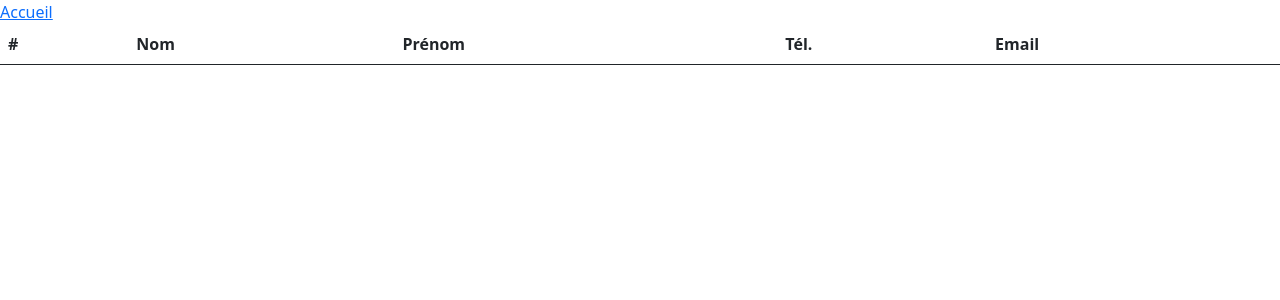
Repository: arione15/Ud-Mast_PHP_POO_espace_membre
Page: http://localhost/administration.php
The author's editor kept a copy of each file at every save. The page is drawn from the files as they stood at one save, then again after the next save.
The browser window is 1280 px wide. The pictures show the whole page.
The page is run by PHP 8.4 with error messages shown; the project is at /var/www/html/. Queries for data that is not in the repository find no rows.

Above is the page before, as saved 2021-07-31 11:51:26.

### administration.php
<?php
require_once 'inclureClasses.php';

$pdo = new PDO('mysql: host=localhost; dbname=espace_membres', 'root', '');
$pdo->setAttribute(PDO::ATTR_ERRMODE, PDO::ERRMODE_EXCEPTION); // ou après 'root', '', [PDO::ATTR_ERRMODE => PDO::ERRMODE_EXCEPTION, PDO::ATTR_DEFAULT_FETCH_MODE => PDO::FETCH_ASSOC])

$manager = new UtilisateursManager($pdo);
?>


<!DOCTYPE html>
<html lang="en">

<head>
    <meta charset="UTF-8">
    <meta http-equiv="X-UA-Compatible" content="IE=edge">
    <meta name="viewport" content="width=device-width, initial-scale=1.0">
    <link href="https://cdn.jsdelivr.net/npm/bootstrap@5.0.2/dist/css/bootstrap.min.css" rel="stylesheet" integrity="sha384-EVSTQN3/azprG1Anm3QDgpJLIm9Nao0Yz1ztcQTwFspd3yD65VohhpuuCOmLASjC" crossorigin="anonymous">

    <title>Inscription</title>
</head>

<body>
    <a href="index.php">Accueil</a>


    <table class="table table-hover">
        <thead>
            <tr>
                <th scope="col">#</th>
                <th scope="col">Nom</th>
                <th scope="col">Prénom</th>
                <th scope="col">Tél.</th>
                <th scope="col">Email</th>
            </tr>
        </thead>
        <tbody>
            <?php foreach ($manager->getListeUtilisateurs() as $key) : ?>
                <tr>
                    <th scope="row"><?= $key->getId() ?></th>
                    <td><?= $key->getNom() ?></td>
                    <td><?= $key->getPrenom() ?></td>
                    <td><?= $key->getTel() ?></td>
                    <td><?= $key->getEmail() ?></td>
                </tr>
            <?php endforeach; ?>
        </tbody>
    </table>


    <script src="https://cdn.jsdelivr.net/npm/@popperjs/core@2.9.2/dist/umd/popper.min.js" integrity="sha384-IQsoLXl5PILFhosVNubq5LC7Qb9DXgDA9i+tQ8Zj3iwWAwPtgFTxbJ8NT4GN1R8p" crossorigin="anonymous"></script>
    <script src="https://cdn.jsdelivr.net/npm/bootstrap@5.0.2/dist/js/bootstrap.min.js" integrity="sha384-cVKIPhGWiC2Al4u+LWgxfKTRIcfu0JTxR+EQDz/bgldoEyl4H0zUF0QKbrJ0EcQF" crossorigin="anonymous"></script>

</body>

</html>

### inclureClasses.php
<?php

function inclureClasses($ClassName){
    if(file_exists($fichier = __DIR__ . '/' . $ClassName . '.php')){
        require $fichier;
    }
}
spl_autoload_register('inclureClasses');

### UtilisateursManager.php
<?php
require_once 'inclureClasses.php';

class UtilisateursManager{
private $pdo;

public function __construct(PDO $pdo){
    $this -> pdo = $pdo;
}

public function inserer(Utilisateurs $utilisateur){
    $req = $this -> pdo -> prepare('INSERT INTO utilisateurs(nom, prenom, tel, email) VALUES(:nom, :prenom, :tel, :email)');
    $req -> bindValue(':nom', $utilisateur->getNom(), PDO::PARAM_STR); //$_POST['nom'] ??
    $req -> bindValue(':prenom', $utilisateur->getPrenom(), PDO::PARAM_STR);
    $req -> bindValue(':tel', $utilisateur->getTel(), PDO::PARAM_STR);
    $req -> bindValue(':email', $utilisateur->getEmail(), PDO::PARAM_STR);
    $req -> execute();
}

public function getListeUtilisateurs(){
    $req = $this -> pdo -> query('SELECT * FROM utilisateurs ORDER BY nom ASC');
    $req -> setFetchMode(PDO::FETCH_CLASS | PDO::FETCH_PROPS_LATE, 'Utilisateurs');
    $listeUtilisateurs = $req -> fetchAll();
    $req -> closeCursor();
    return $listeUtilisateurs;
}

public function getUtilisateur($id){
    $req = $this -> pdo -> prepare('SELECT * FROM utilisateurs WHERE id=:id');
    $req -> bindValue(':id', $id, PDO::PARAM_INT);
    $req -> execute();
    $req -> setFetchMode(PDO::FETCH_CLASS | PDO::FETCH_PROPS_LATE, 'Utilisateurs');
    $utilisateur = $req -> fetch();
    $req -> closeCursor();
    return $utilisateur;
}

}

### Utilisateurs.php
<?php

class Utilisateurs
{
    private $id;
    private $nom;
    private $prenom;
    private $tel;
    private $email;

    private $erreurs = [];

    const NOM_INVALIDE = 1;
    const PRENOM_INVALIDE = 2;
    const EMAIL_INVALIDE = 3;


    public function __construct($donnees = [])
    {
        $this->hydrater($donnees);
    }

    public function getId()
    {
        return $this->id;
    }

    public function setId($id)
    {
        if (!empty($id)) {
            $this->id = $id;
        }
    }

    public function getNom()
    {
        return $this->nom;
    }

    public function setNom($nom)
    {
        if (!is_string($nom) || empty($nom)) {
            $this->erreurs[] = self::NOM_INVALIDE;
        }
        $this->nom = $nom;
    }

    public function getPrenom()
    {
        return $this->prenom;
    }

    public function setPrenom($prenom)
    {
        if (!is_string($prenom) || empty($prenom)) {
            $this->erreurs[] = self::PRENOM_INVALIDE;
        }
        $this->prenom = $prenom;
    }

    public function getTel()
    {
        return $this->tel;
    }

    public function setTel($tel)
    {
        $this->tel = $tel;
    }

    public function getEmail()
    {
        return $this->email;
    }


    public function setEmail($email)
    {
        if(filter_var($email, FILTER_VALIDATE_EMAIL)){
            $this->email = $email;
        }$this->erreurs[]=self::EMAIL_INVALIDE;
    }


    public function hydrater(array $donnees)
    {
        foreach ($donnees as $propriete => $valeur) {
            $methodSet = 'set' . ucfirst($propriete);
            $this->$methodSet($valeur);
        }
    }

    public function isUserValid()
    {
        if (!(empty($this->nom) || empty($this->prenom) || empty($this->email))) { // on peut l'écrire "return !empty(.....)"
            return true;
        }
    }

    public function getErreurs()
    {
        return $this->erreurs;
    }

    public function setErreurs($erreurs)
    {
        $this->erreurs = $erreurs;
    }
}

After the next save:
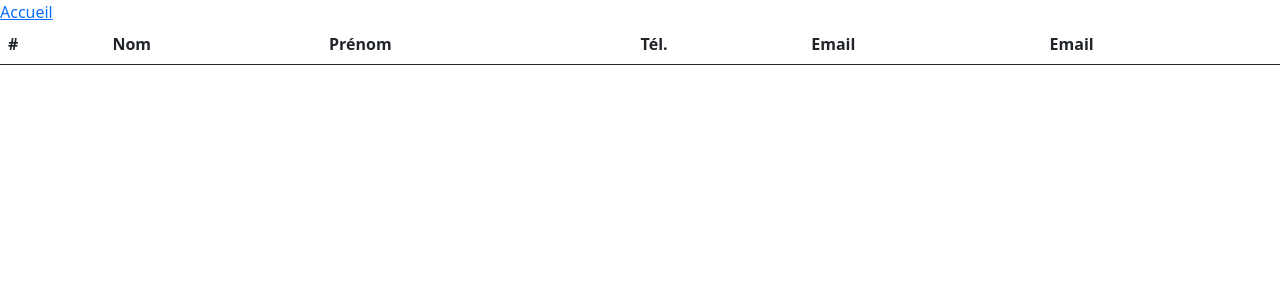
Saved 95 s later.
--- a/administration.php
+++ b/administration.php
@@ -32,6 +32,7 @@ $manager = new UtilisateursManager($pdo);
                 <th scope="col">Prénom</th>
                 <th scope="col">Tél.</th>
                 <th scope="col">Email</th>
+                <th scope="col">Email</th>
             </tr>
         </thead>
         <tbody>
